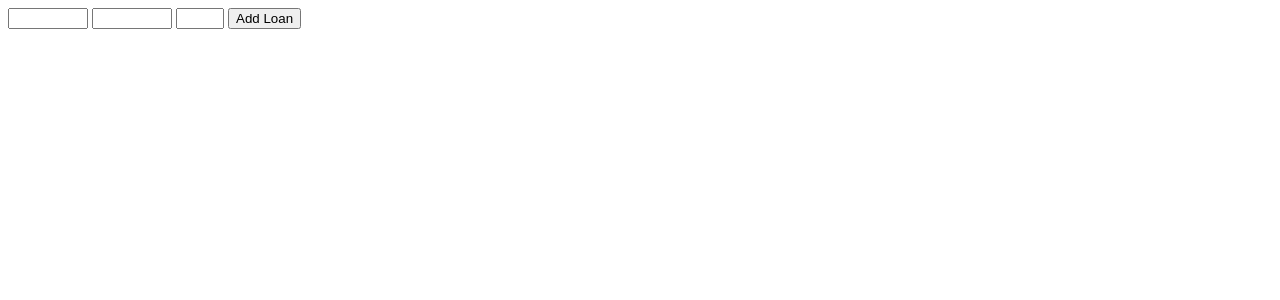
Repository: developerks611/Bumble-bee
Page: http://localhost/Bumble/apply-loan.jsp
An editor plug-in stored every save of this project. The page is shown before and after the next save, followed by the edit.
The browser window is 1280 px wide. The pictures show the whole page.
The page is served by Tomcat 9.

Above is the page before, as saved 2023-03-03 17:54:08.

After the next save:
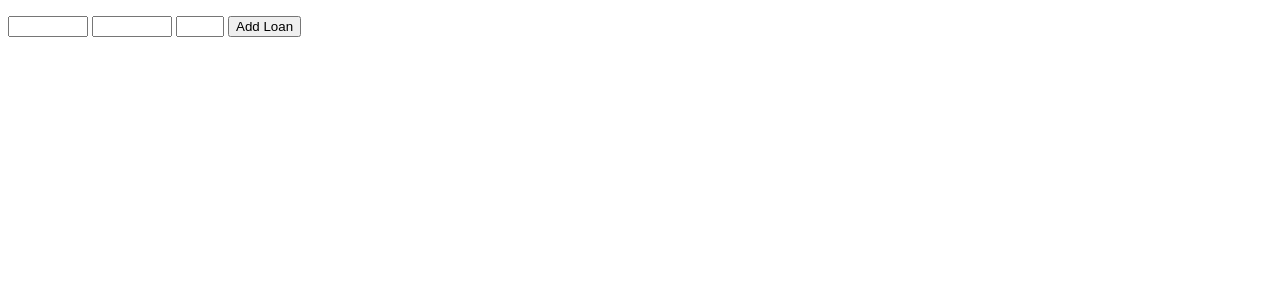
Saved 13 s later.
--- a/Bumble/src/main/webapp/apply-loan.jsp
+++ b/Bumble/src/main/webapp/apply-loan.jsp
@@ -8,6 +8,7 @@
 <title>Insert title here</title>
 </head>
 <body>
+<p class="msg">${message }<p>
 <form action="addLoan">
 <input type="number" min="0" max="15000" name="loanamount">
 <input type="number" min="0" max="15000" name="usedamount">
